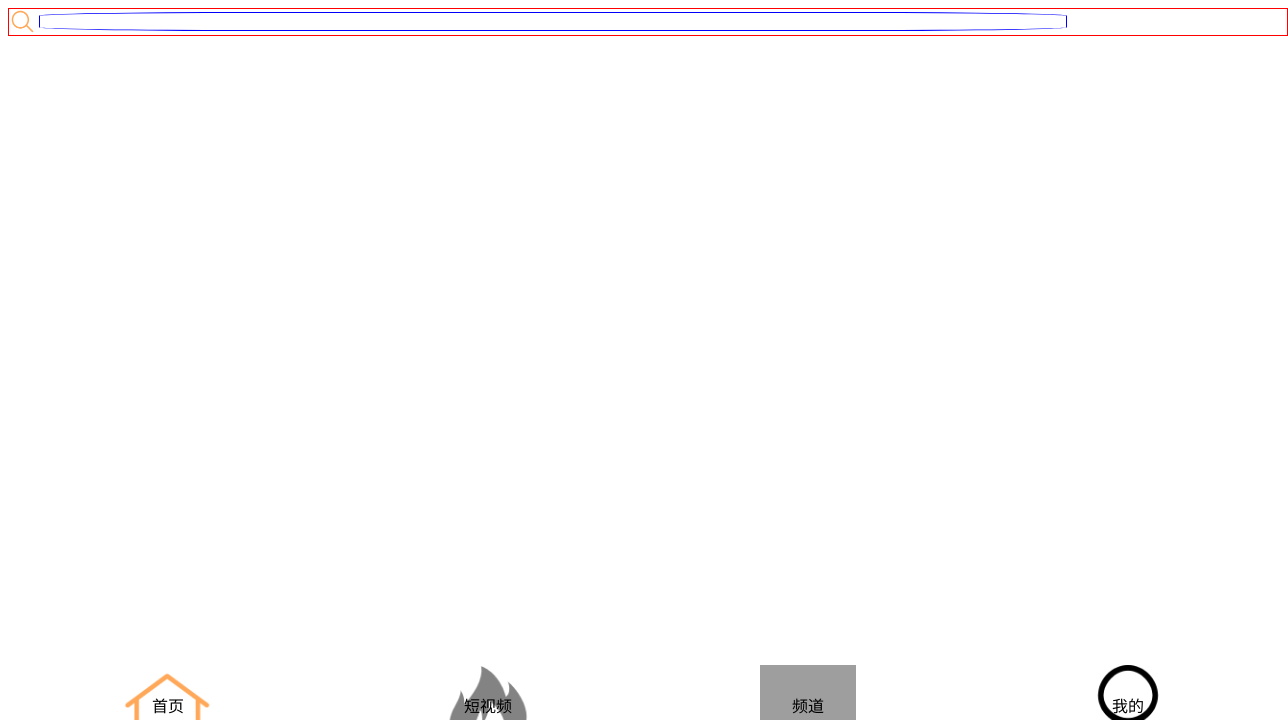
Repository: ITliuxiangyu/H51911Test
Page: video_demo/index.html
These files come from the project's save history. The page is drawn as it stood at one moment and after the next save; the edit follows.
The browser window is 1280 px wide. The page is 1288 px wide, so the pictures cover 1288 px, including what lies to the right of the window. The pictures show the whole page.
Pictures or frames that could not be fetched are drawn as grey boxes.

Above is the page before, as saved 2019-12-20 10:34:20.

### video_demo/index.html
<!DOCTYPE html>
<html lang="en">
<head>
    <meta charset="UTF-8">
    <meta name="viewport" content="width=device-width, initial-scale=1.0">
    <meta http-equiv="X-UA-Compatible" content="ie=edge">
    <title>Document</title>
    <link rel="stylesheet" href="./css/index.css">
</head>
<body>
    <div class="app">
        <div class="app_content">
            <div class="shouye_wrap">
                <div class="search_warp">
                    <img class="search_img" src="./imgs/fangdajing.png" alt="">
                    <input class="search_input" type="text">
                </div>
                <div class="lunbo_wrap"></div>
                <div class="list_wrap"></div>
            </div>
            <div class="duanshipin_wrap">
                <h1>我是短视频</h1>
            </div>
            <div class="pindao_wrap">
                <h1>我是频道</h1>
            </div>
            <div class="wode_wrap">
                <h1>我是我的</h1>
            </div>
        </div>
        <div class="app_tabbar">
            <div class="tabbar_item">
                <div>
                    <img src="./imgs/shouye_a.png" alt="">
                </div>
                <br />
                <span>首页</span>
            </div>
            <div class="tabbar_item">
                <div>
                    <img src="./imgs/redu.png" alt="">
                </div>
                <br />
                <span>短视频</span>
            </div>
            <div class="tabbar_item">
                <div>
                    <img src="./imgs/pindao.png" alt="">
                </div>
                <br />
                <span>频道</span>
            </div>
            <div class="tabbar_item">
                <div>
                    <img src="./imgs/wode.png" alt="">
                </div>
                <br />
                <span>我的</span>
            </div>
        </div>
    </div>
</body>
<script src="./js/jquery-3.4.1.min.js"></script>
<script src="./js/index.js"></script>
</html>

### video_demo/css/index.css
/* 页面的内容区域部分 */
.app_content{
    width: 100vw;
}
.app_tabbar{
    width: 100vw;
    height: 60px;
    position: fixed;
    bottom: 0px;
    display: flex;
}
/* 底部的四个小块 */
.tabbar_item{
    flex: 1;
    /* border: 1px solid black; */
}
.tabbar_item{
    text-align: center;
    padding-top: 5px;
}
.tabbar_item div{
    height: 10px;
}
.tabbar_item div img{
    width: 30%;
}

/* 四个模块区域 */
.app_content>div{
    width: 100%;
    height: 100%;
    display: none;
}
.app_content>div:nth-child(1){
    display: block;
}

/* 首页的样式 */
/* 首页搜索区域的样式 */
.shouye_wrap .search_warp{
    border: 1px solid red;
}
.search_warp .search_img{
    width: 26px;
    height: 26px;
    vertical-align: middle;
}
.search_warp .search_input{
    width: 80%;
    border: 1px solid blue;
    border-radius: 20%;
}

/* 首页轮播区域的样式 */
.shouye_wrap .lunbo_wrap{

}
/* 首页列表区域的样式 */
.shouye_wrap .list_wrap{

}

### video_demo/js/index.js
// 内容区域的高度
var screen_h = window.screen.height
var screen_w = window.screen.width

$(".app_content").css({
    "height": screen_h - $(".app_tabbar").outerHeight() + "px"
})

// 底部导航上的图片
var one_img = $(".tabbar_item div img")
one_img.css({
    "height": one_img.width() + "px"
})

// 底部到行上的点击事件
$(".tabbar_item").click(function () {

    var that = this

    var dian_index = $(this).index()

    $(".tabbar_item").each(function (index , item)   {
        if (dian_index == index) {
            var cur_src = $(item).find("img").attr("src")
            if (cur_src.indexOf("_a") == -1) {
                $(item).find("img").attr("src" ,cur_src.replace(".png" , "_a.png"))
            }
        } else {
            var cur_src = $(item).find("img").attr("src")
            $(item).find("img").attr("src" ,cur_src.replace("_a" , ""))

        }
    })


    $(".app_content>div").each(function (index , item) {
        if ($(that).index() == index) {
            $(item).css({
                "display": "block"
            })
        } else {
            $(item).css({
                "display": "none"
            })
        }
    })
})

Loaded but not shown: video_demo/js/jquery-3.4.1.min.js (library)

After the next save:
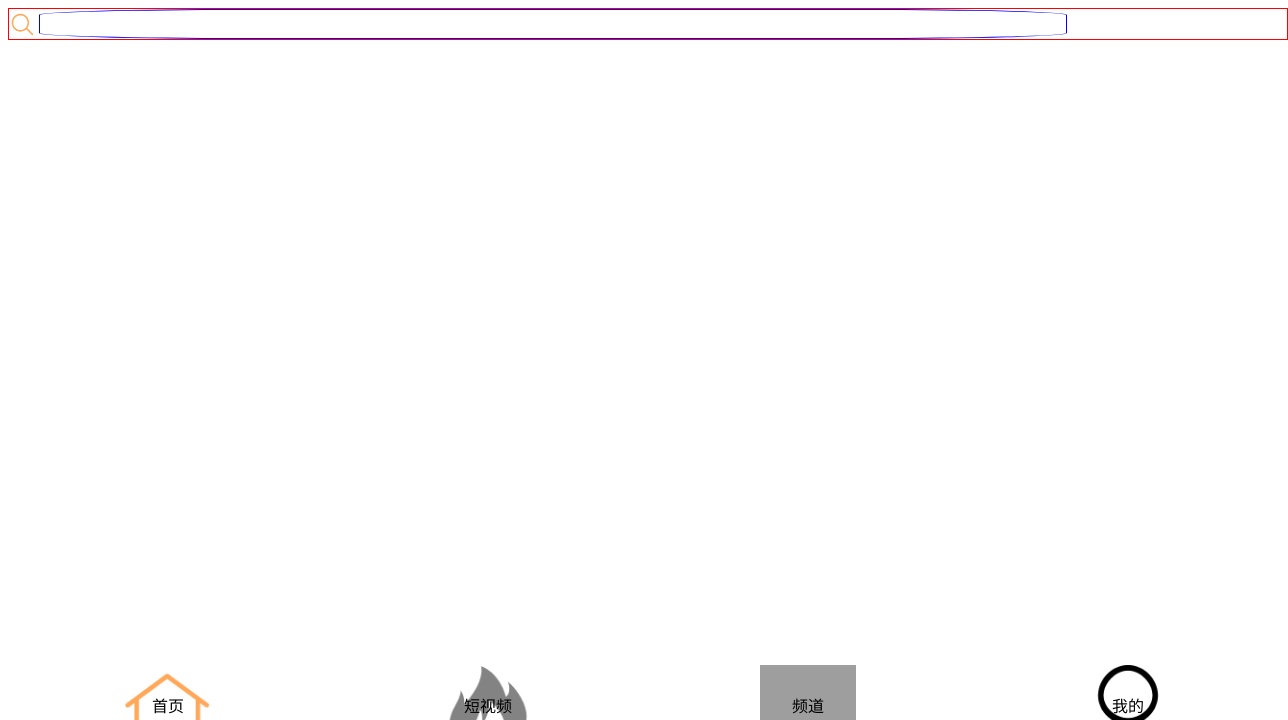
Saved 13 s later.
--- a/video_demo/css/index.css
+++ b/video_demo/css/index.css
@@ -47,6 +47,7 @@
 }
 .search_warp .search_input{
     width: 80%;
+    height: 26px;
     border: 1px solid blue;
     border-radius: 20%;
 }
